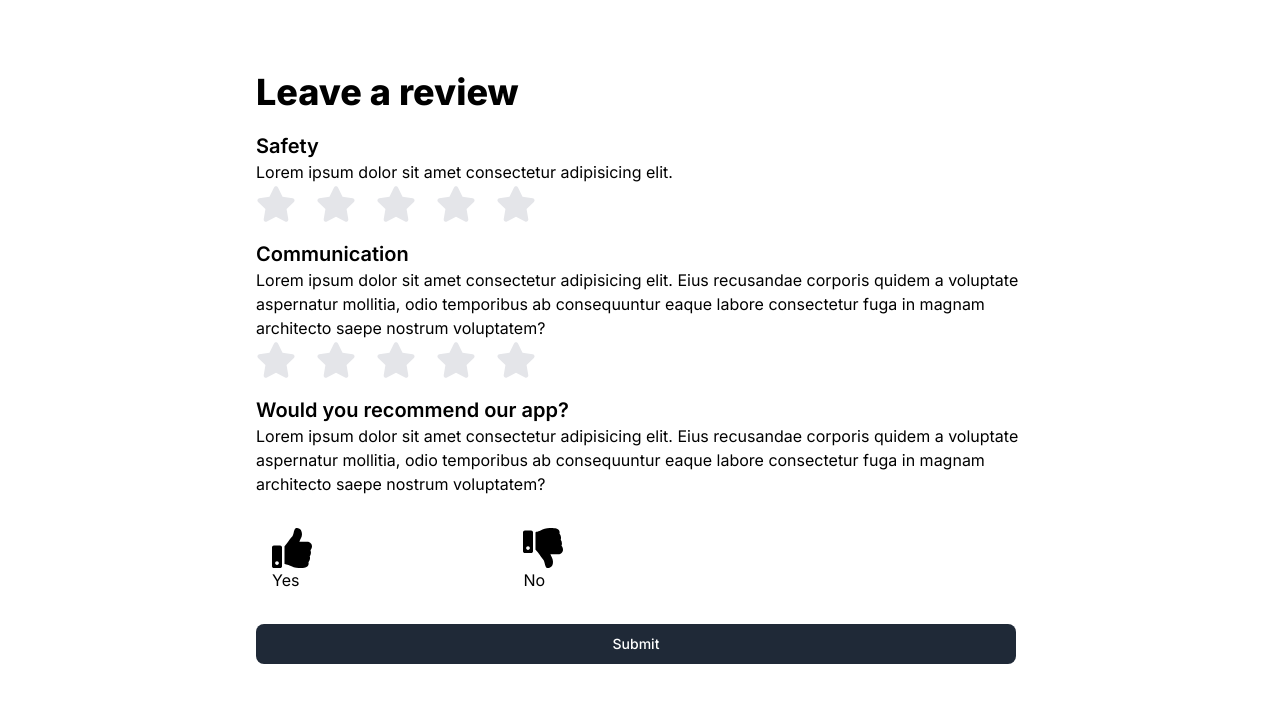
Repository: akankshaajoshi/review-form
Page: /review
An editor plug-in stored every save of this project. The page is shown before and after the next save, followed by the edit.
The browser window is 1280 px wide. The pictures show the whole page.
The project was rebuilt for these pictures with package versions that can differ from the ones it lists, and the page was loaded fresh each time. The framework's server and built-in components were replaced by stand-ins that run in the browser. Also part of the build but not shown: next.config.mjs.

Above is the page before, as saved 2024-05-25 13:51:18.

After the next save:
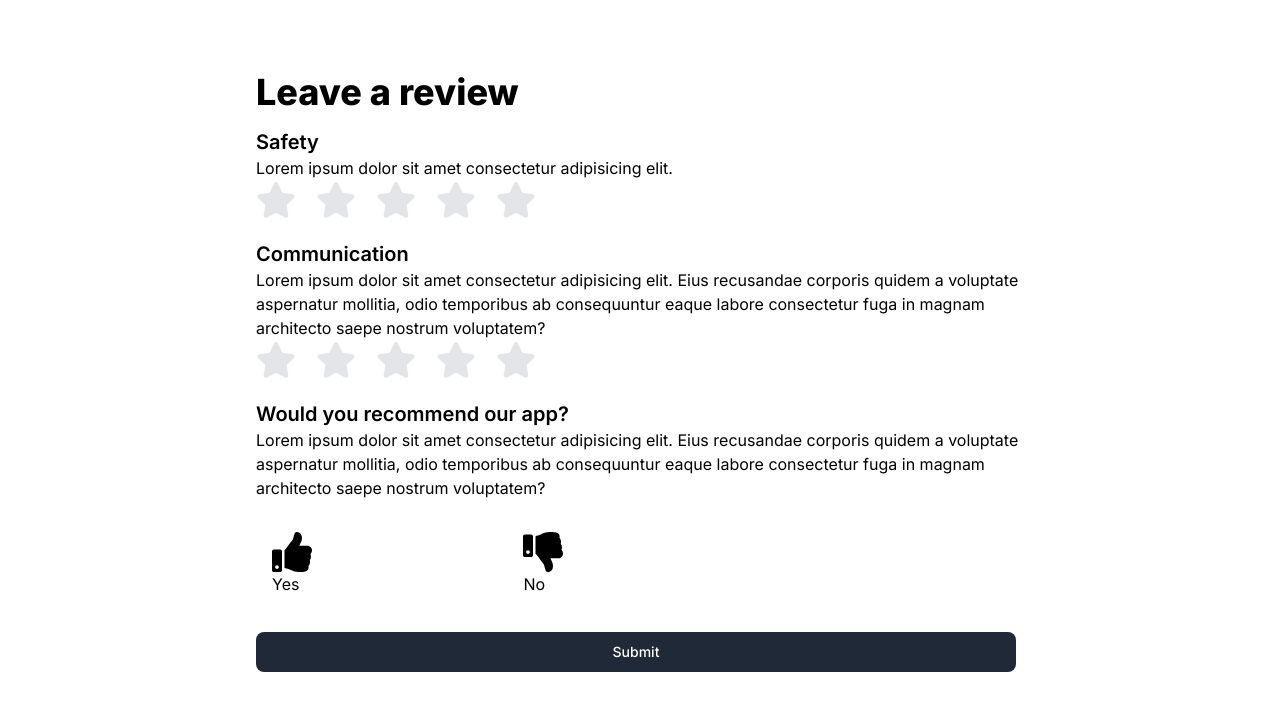
Saved 27 s later.
--- a/app/(routes)/review/page.tsx
+++ b/app/(routes)/review/page.tsx
@@ -24,11 +24,11 @@ export default function Review(){
     const [state, formAction] = useFormState(createReview, initialState);
     return (
         <div className="flex flex-col items-center w-[100vw] h-[100vh]">
-            <div className="flex flex-col lg:gap-y-[20px] sm:gap-y-[80px] items-left mt-[10vh] h-[80vh] w-[60vw]">
+            <div className="flex flex-col gap-y-4 items-left mt-[10vh] h-[80vh] w-[60vw]">
             <h2 className="text-4xl font-extrabold">Leave a review</h2>
             {state?.type === "success" && <p className="text-lg p-2 text-white rounded-md bg-green-500">{state?.message}</p>}
             {state?.type === "error" && <p className="text-lg p-2 text-white rounded-md bg-red-500">{state?.message}</p>}
-            <form action={formAction} className="flex flex-col gap-y-4">
+            <form action={formAction} className="flex flex-col lg:gap-y-[20px] sm:gap-y-[30px]">
                 <fieldset>
                     <label htmlFor="safety" className="text-xl font-semibold">Safety</label>
                     <p>Lorem ipsum dolor sit amet consectetur adipisicing elit. </p>
